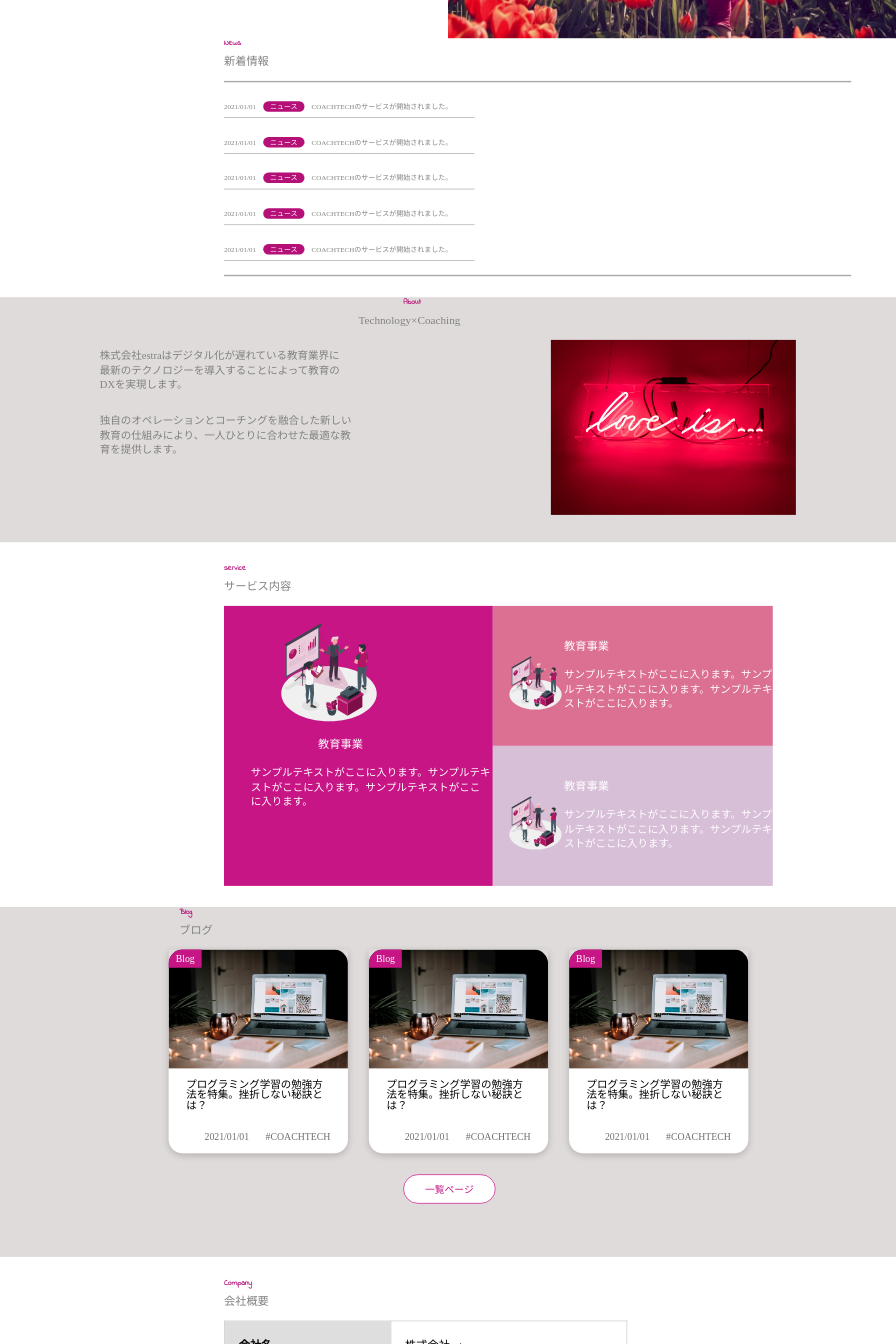
Repository: sigemasaasuka/20210902
Page: index.html
An editor plug-in stored every save of this project. The page is shown before and after the next save, followed by the edit.
The browser window is 1280 px wide. The pictures show the part of the page from y = 421 to 2341 px (the page is 3297 px tall), at 70% of full size.

Above is the page before, as saved 2021-10-05 19:24:37.

After the next save:
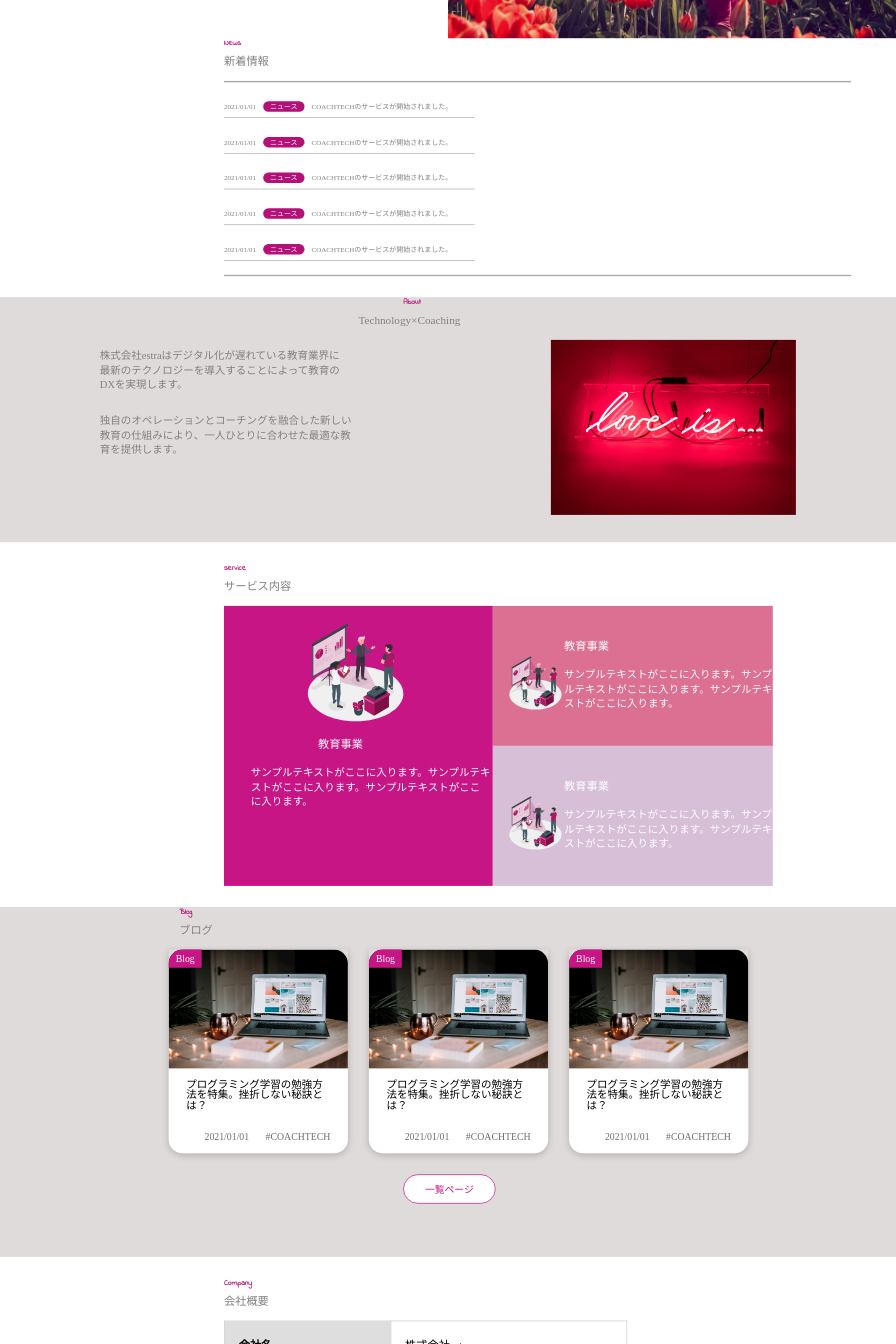
Saved 27 s later.
--- a/css/style.css
+++ b/css/style.css
@@ -187,7 +187,7 @@
   width: 300px;
   height: 150px;
   margin-top: 20px;
-  margin-left: ;
+  margin-left: 10%;
 }
 
 .title {
